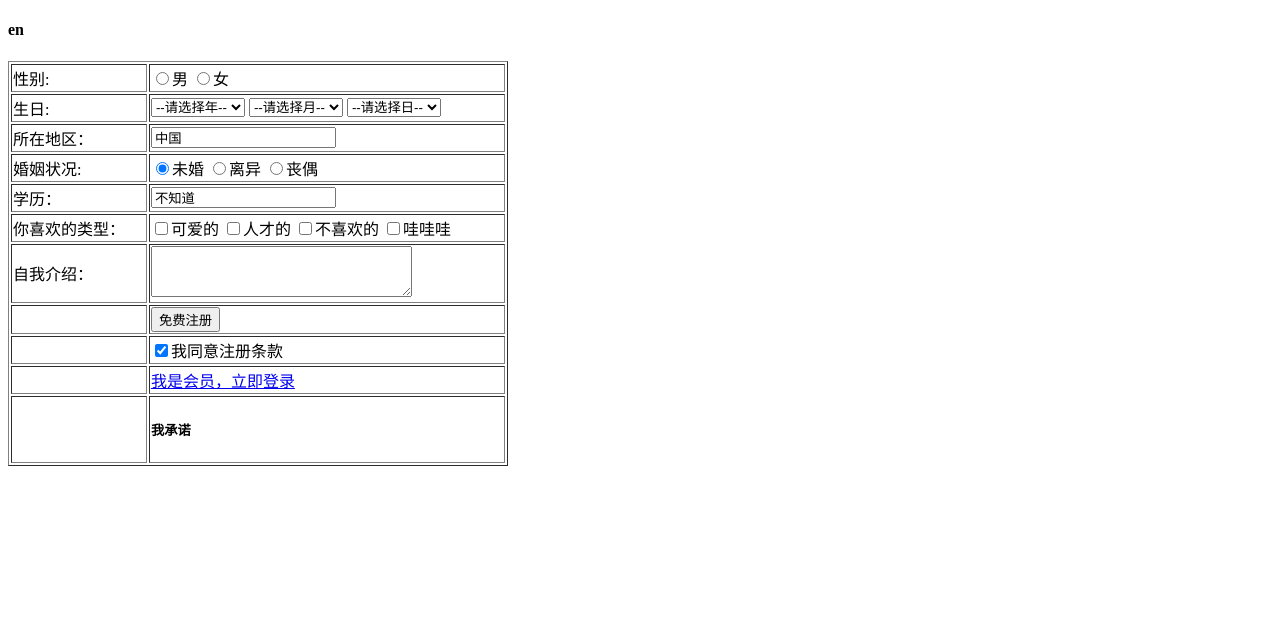
Repository: Qwenicq/My_project
Page: html/HTML_learning/exampl.html
An editor plug-in stored every save of this project. The page is shown before and after the next save, followed by the edit.
The browser window is 1280 px wide. The pictures show the whole page.

Above is the page before, as saved 2023-03-29 22:05:41.

After the next save:
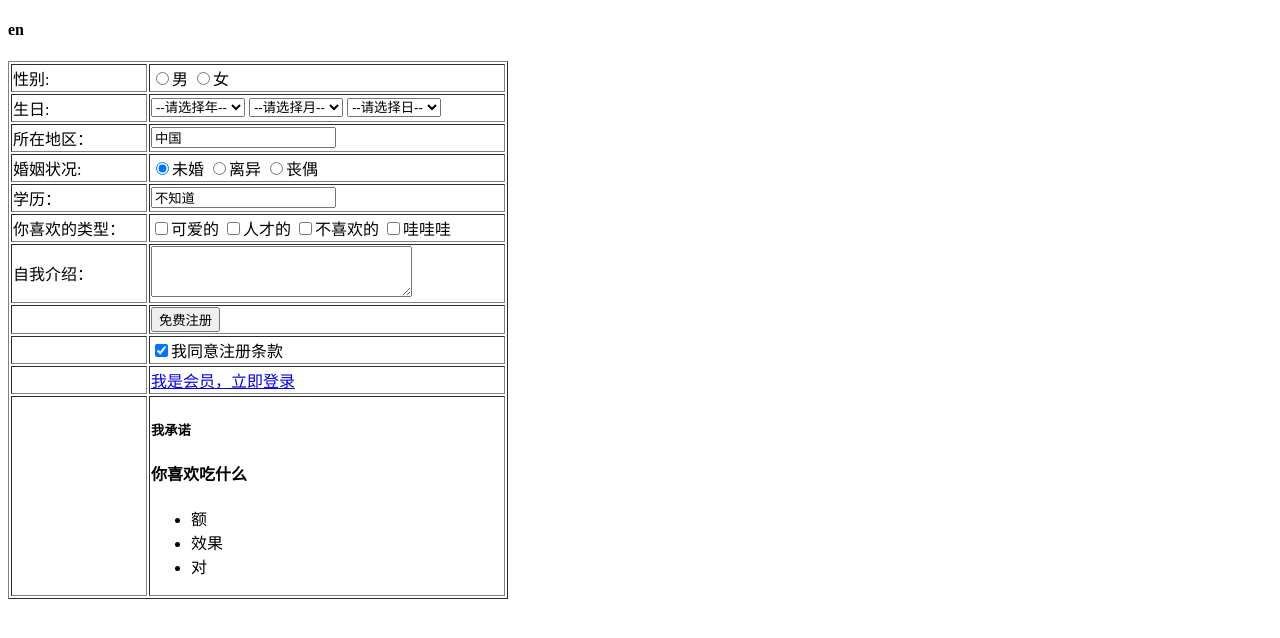
Saved 60 s later.
--- a/html/HTML_learning/exampl.html
+++ b/html/HTML_learning/exampl.html
@@ -100,6 +100,12 @@
             <td></td>
             <td>
                 <h5>我承诺</h5>
+                <h4>你喜欢吃什么</h4>
+                <ul>
+                    <li>额</li>
+                    <li>效果</li>
+                    <li>对</li>
+                </ul>
             </td>
         </tr>
     </table>
